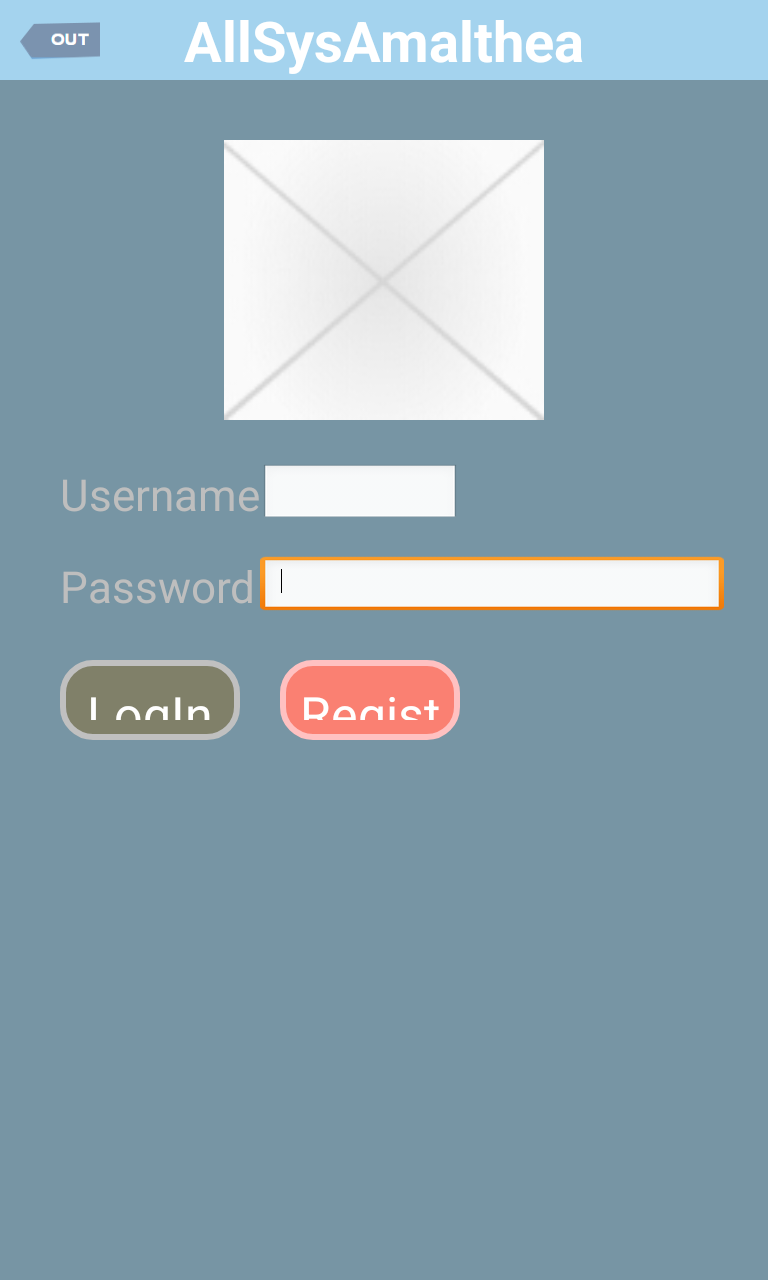
Repository: AllSysAmalthea/AllSys
Layout: APP/AppUI code/代码/Allsys/res/layout/activity_log_in.xml
An editor plug-in stored every save of this project. The layout is shown before and after the next save, followed by the edit.
It is drawn on a 768 x 1280 px phone screen (xhdpi) without system bars, with theme android:Theme.NoTitleBar; the app's code is not run.

Above is the layout before, as saved 2015-06-08 02:31:08.

After the next save:
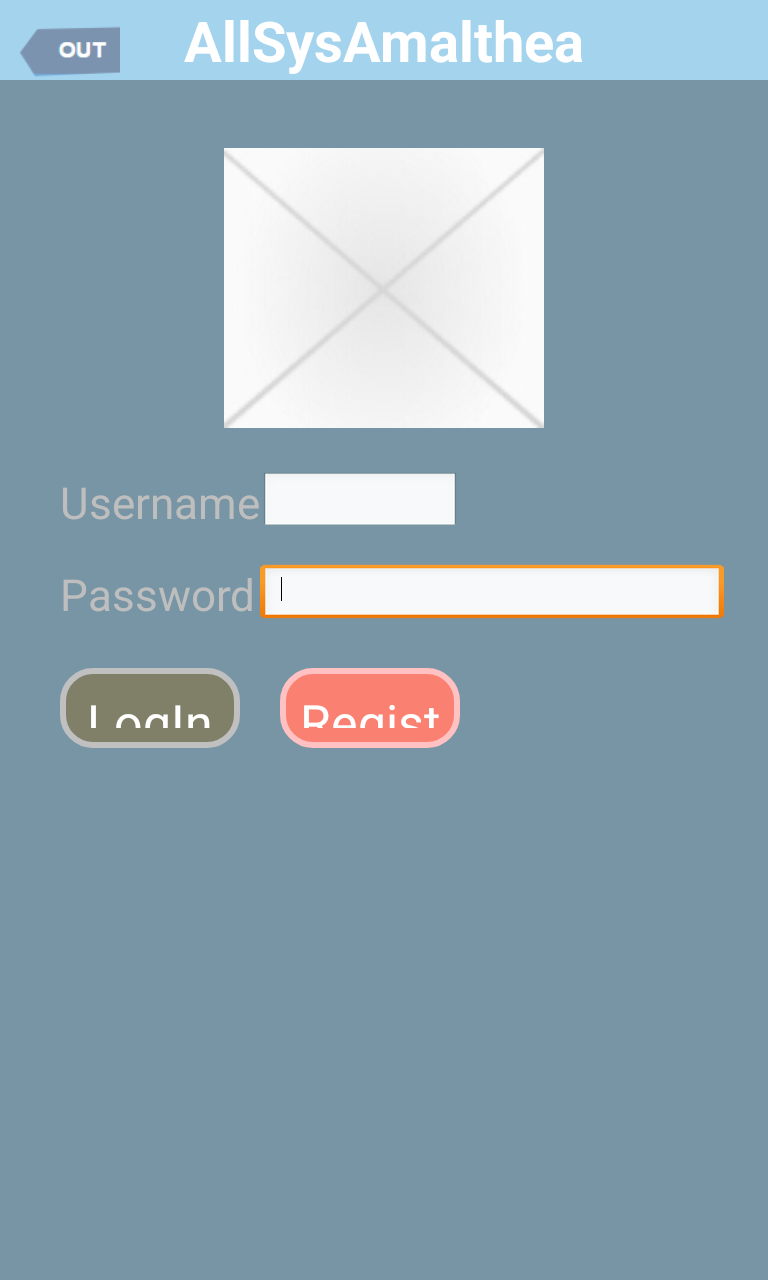
Saved 19 s later.
--- a/APP/AppUI code/代码/Allsys/res/layout/activity_log_in.xml
+++ b/APP/AppUI code/代码/Allsys/res/layout/activity_log_in.xml
@@ -29,8 +29,8 @@
 
         <ImageButton
             android:id="@+id/header_left_btn"
-            android:layout_width="80px"
-            android:layout_height="60px"
+            android:layout_width="100px"
+            android:layout_height="80px"
             android:layout_x="10dp"
             android:layout_y="4dp"
             android:background="@drawable/pic1" />
